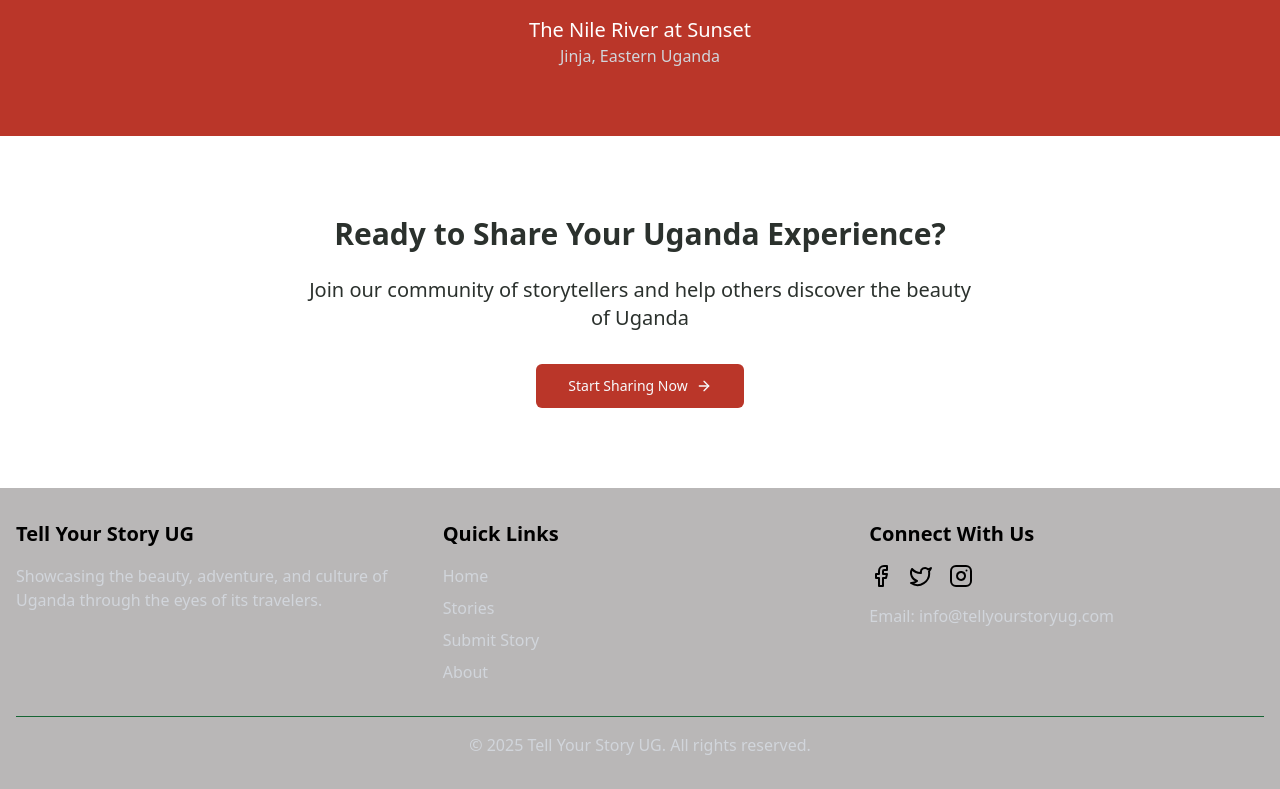
Repository: kaizoku010/take.part
Page: /
An editor plug-in stored every save of this project. The page is shown before and after the next save, followed by the edit.
The browser window is 1280 px wide. The pictures show the part of the page from y = 2259 to 3048 px (the page is 3048 px tall).
The project was rebuilt for these pictures with package versions that can differ from the ones it lists, and the page was loaded fresh each time. Also part of the build but not shown: vite.config.ts, src/components/ui/tooltip.tsx, src/pages/About.tsx, src/components/ui/input.tsx, src/pages/Stories.tsx, src/pages/StoryDetail.tsx, src/components/ui/use-toast.ts, src/components/ui/label.tsx and 3 more.

Above is the page before, as saved 2025-04-14 14:29:11.

After the next save:
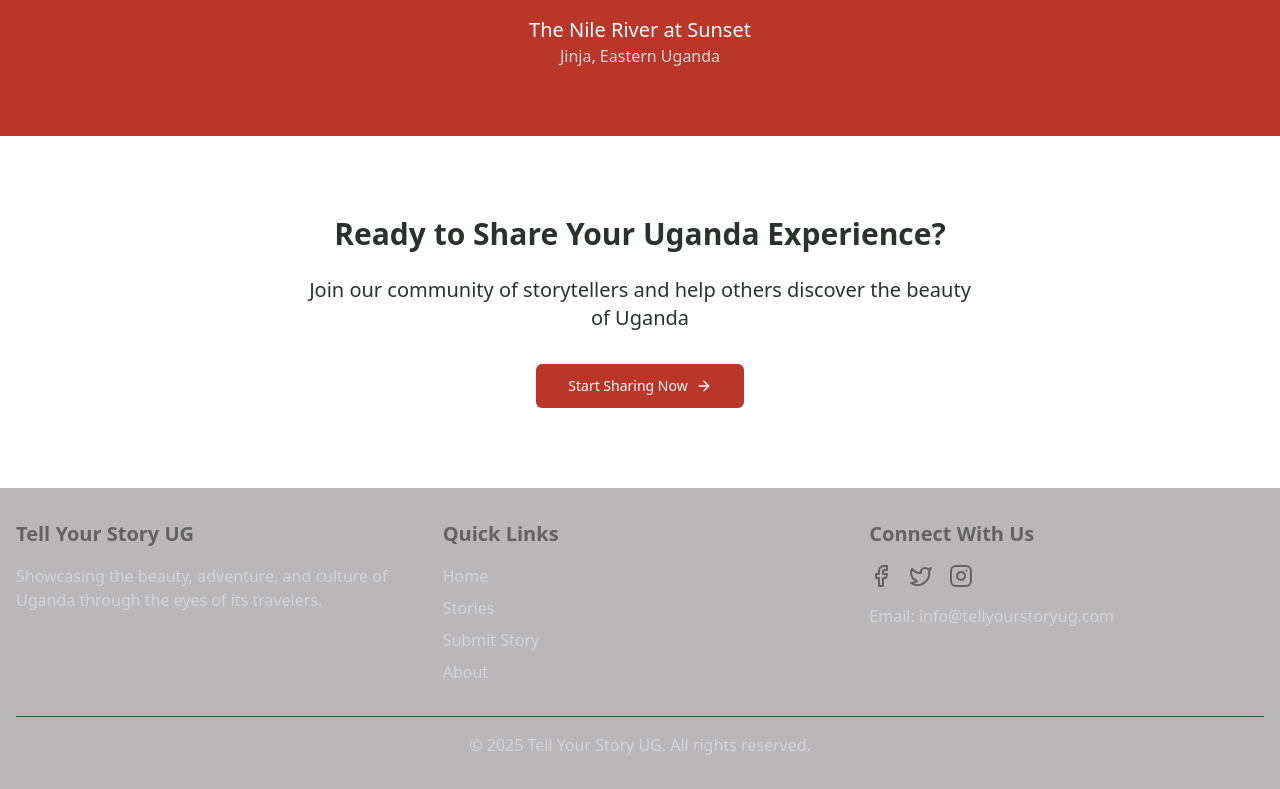
Saved 5 s later.
--- a/src/mdx.css
+++ b/src/mdx.css
@@ -21,7 +21,7 @@ color:rgba(0, 0, 0, 0.658) !important;
 }
 
 .bg-green-900 {
-    color: black !important;
+    color: rgb(100, 99, 99) !important;
 background-color: rgb(185, 183, 183) !important;
 }
 
